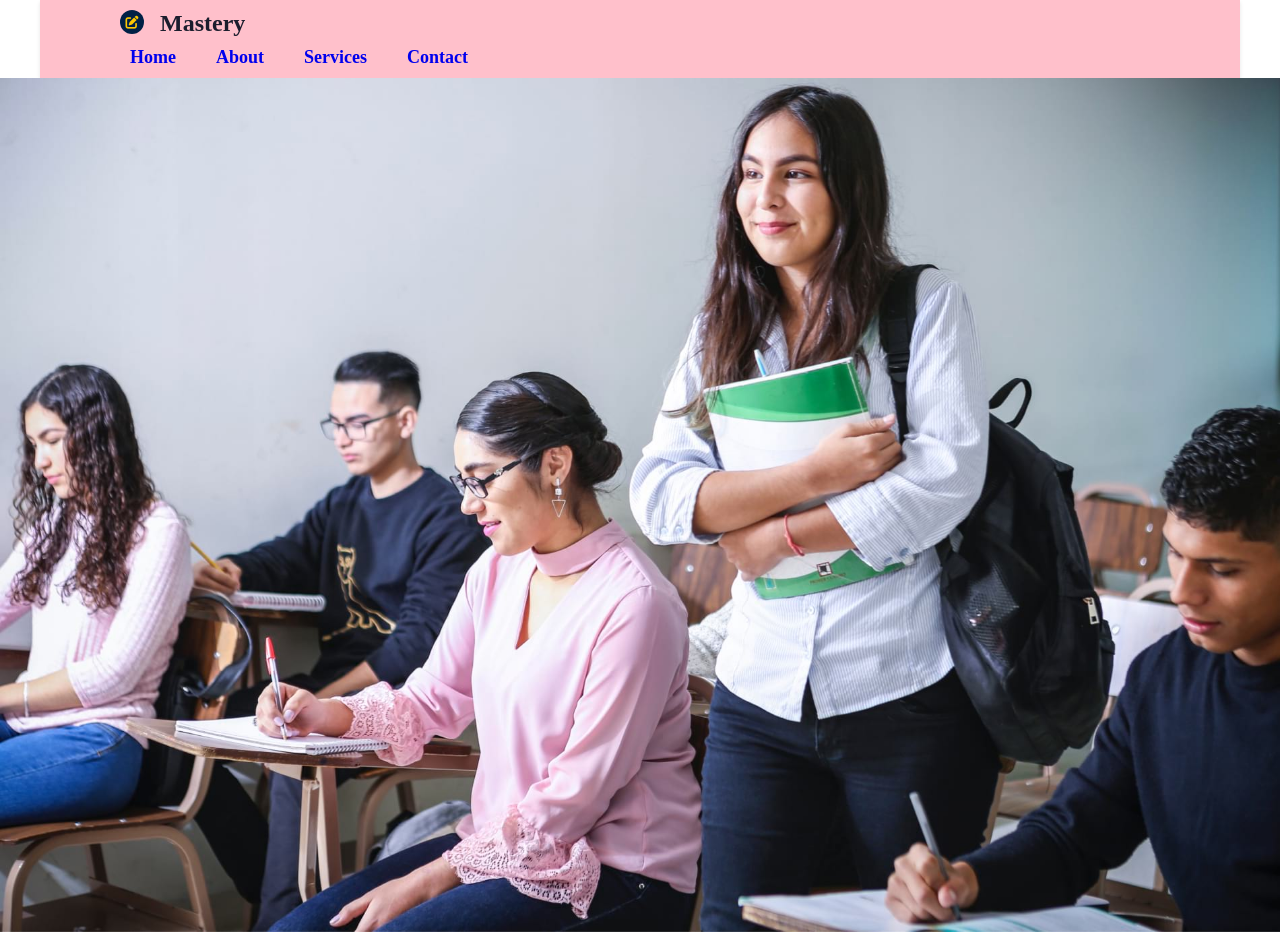
Repository: trminhphuc1504/Mastery
Page: index.html
An editor plug-in stored every save of this project. The page is shown before and after the next save, followed by the edit.
The browser window is 1280 px wide. The pictures show the whole page.
Some web libraries are served in a nearby version.

Above is the page before, as saved 2024-08-22 12:10:16.

### index.html
<!DOCTYPE html>
<html lang="en">
  <head>
    <meta charset="UTF-8" />
    <meta http-equiv="X-UA-Compatible" content="IE=edge" />
    <meta name="viewport" content="width=device-width, initial-scale=1.0" />

    <!-- Font Awesome -->
    <link
      rel="stylesheet"
      href="https://cdnjs.cloudflare.com/ajax/libs/font-awesome/6.6.0/css/all.min.css"
    />

    <link rel="stylesheet" href="./css/style.css" />
    <title>Mastery</title>
  </head>
  <body>
    <!-- Header -->
    <section id="header">
      <div class="container">
        <header>
          <div class="header-logo">
            <a href="#" class="logo">
              <i class="fa-solid fa-pen-to-square"> </i>
              <span>Mastery</span>
            </a>
          </div>

          <nav class="header-nav">
            <ul>
              <li>
                <a href="#">Home</a>
              </li>
              <li>
                <a href="#">About</a>
              </li>
              <li>
                <a href="#">Services</a>
              </li>
              <li>
                <a href="#">Contact</a>
              </li>
            </ul>
          </nav>
        </header>
      </div>
    </section>

    <!-- poster -->
    <section id="poster">
      <div class="poster-img">
        <img src="./images/2.jpg" alt="poster" />
      </div>
    </section>
  </body>
</html>

### css/style.css
* {
    margin: 0;
    padding: 0;
    box-sizing: border-box;
}

a{
    text-decoration: none;
}

.container{
    max-width: 1200px;
    margin: auto;
}



/* header .header-logo{
    background-color:pink;
    padding: 20px ;
} */


header{
    background-color:pink;
    padding: 10px 0;
    box-shadow: 0 2px 4px rgba(0, 0, 0, 0.1);
}

.header-logo{
    display: flex;
    align-items:center;
    margin-left: 80px;
    margin-bottom: 10px;
}

.logo{
    font-size:24px;
    text-decoration: none;
    text-align: center;

}

.logo i{
    width: 24px;
    height: 24px;
    margin-right: 10px;
    line-height: 24px;
    border-radius:50%;
    background-color:#002146;
    font-size: 13px;
    vertical-align: top;
    color:#FDC800;
    display: inline-block;
}


.header-nav ul{
    list-style: none;
    display: flex;
    gap: 40px;
    display: flex;
    align-items: center;
    margin-left:90px;
}


.logo span{
    color:#1B1D2D;
    font-weight: 700;
}


.header-nav ul li{
    font-size:18px;
    color:#000;
    font-weight: 600;
}

.poster-img img{
    width:100%;
}

After the next save:
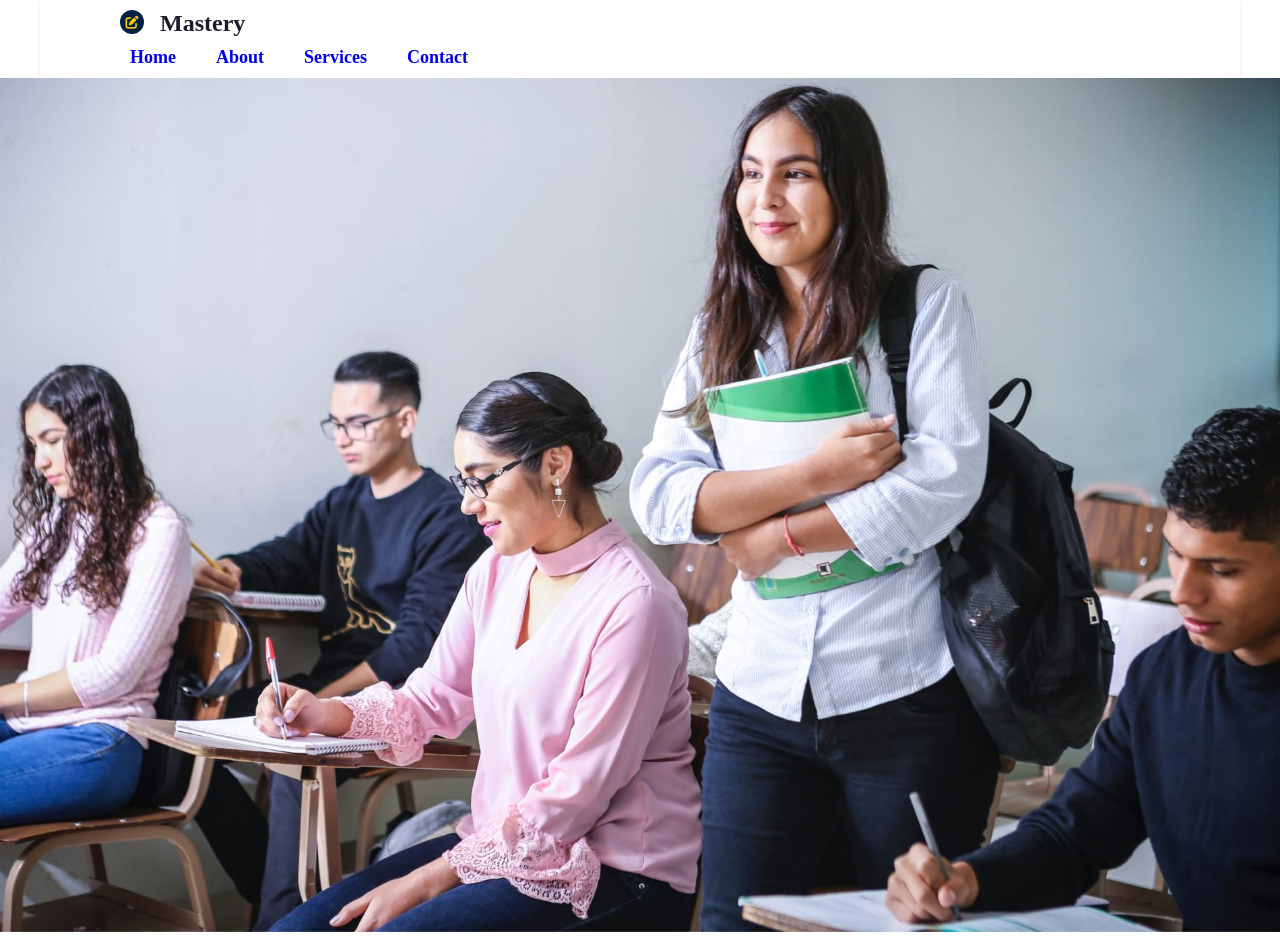
Saved 54 s later.
--- a/css/style.css
+++ b/css/style.css
@@ -22,7 +22,7 @@
 
 
 header{
-    background-color:pink;
+    background-color:white;
     padding: 10px 0;
     box-shadow: 0 2px 4px rgba(0, 0, 0, 0.1);
 }
